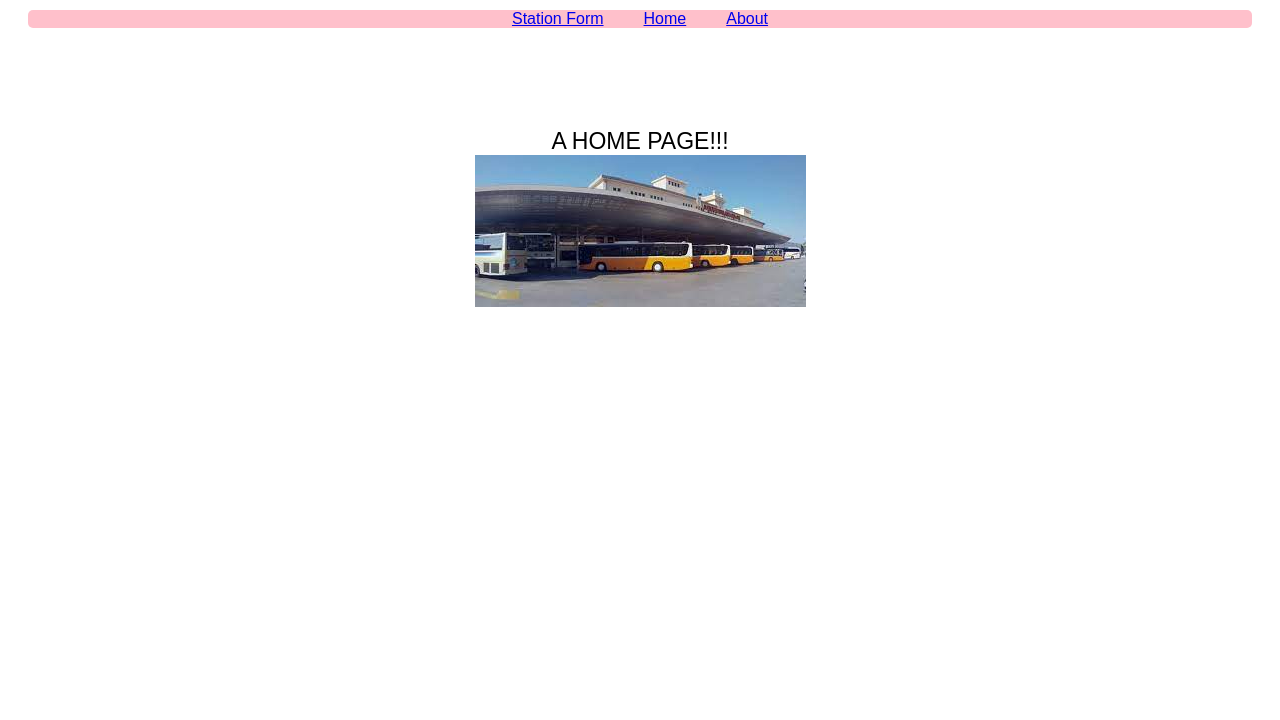
Repository: rutsguifd/mkr2
Page: /
These files come from the project's save history. The page is drawn as it stood at one moment and after the next save; the edit follows.
The browser window is 1280 px wide. The pictures show the whole page.
The project was rebuilt for these pictures with package versions that can differ from the ones it lists, and the page was loaded fresh each time. Also part of the build but not shown: src/views/About.vue, src/components/FavoriteTrips.vue, src/components/AddTrip.vue, src/components/TripCard.vue, src/views/StationForm.vue.

Above is the page before, as saved 2021-12-21 22:27:01.

After the next save:
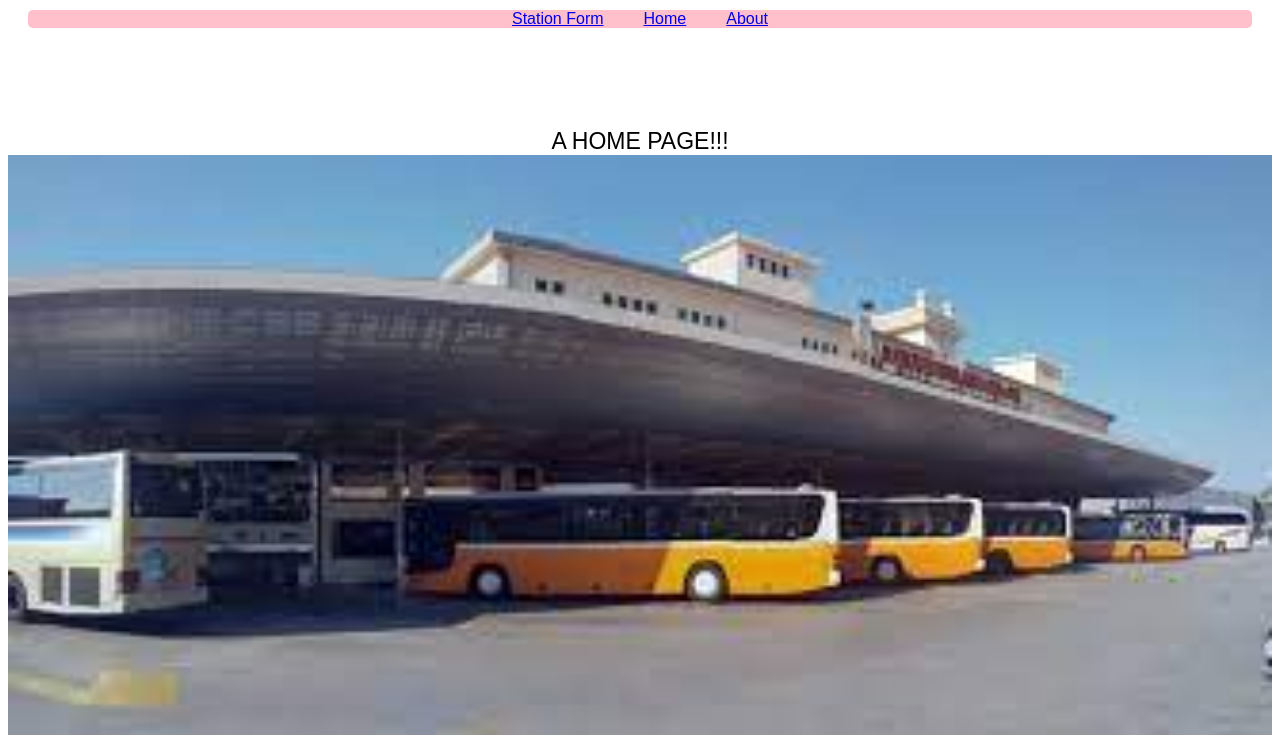
Saved 66 s later.
--- a/src/views/Home.vue
+++ b/src/views/Home.vue
@@ -31,5 +31,8 @@ div {
     margin-top: 100px;
   }
   text-align: center;
+  img{
+    width: 100%;
+  }
 }
 </style>
